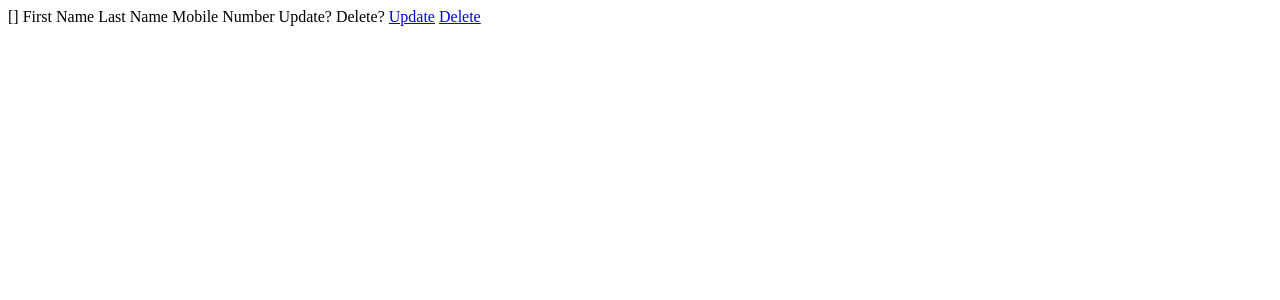
Repository: aamir5773/Spring
Page: http://localhost/SpringMvcEmployeeManagement-1WithJdbc/viewEmployee.do
The author's editor kept a copy of each file at every save. The page is drawn from the files as they stood at one save, then again after the next save.
The browser window is 1280 px wide. The pictures show the whole page.
The page is served by Tomcat 9. Other server files are loaded and not shown. Queries for data that is not in the repository find no rows.

Above is the page before, as saved 2019-11-14 10:19:21.

### SpringMvcEmployeeManagement-1WithJdbc/WebContent/WEB-INF/pages/ViewEmployee.jsp
<%@ page language="java" contentType="text/html; charset=ISO-8859-1"
    pageEncoding="ISO-8859-1"%>
<!DOCTYPE html PUBLIC "-//W3C//DTD HTML 4.01 Transitional//EN" "http://www.w3.org/TR/html4/loose.dtd">
<html>
<head>
<meta http-equiv="Content-Type" content="text/html; charset=ISO-8859-1">
<title>View Employee</title>
</head>
<body>
	<%= request.getAttribute("employeeList") %>
	<tr>
			<th>First Name</th>
			<th>Last Name</th>
			<th>Mobile Number</th>
			<th>Update?</th>
			<th>Delete?</th>
		</tr>
		<c:forEach var="emp" items="${ requestScope.employeeList }">
			<c:url var="deleteUrl" value="delete.do">
				<c:param name="username" value="${ emp.employeeId}"></c:param>
			</c:url>
			<c:url var="updateUrl" value="UpdateUser.jsp">
				<c:param name="username" value="${emp.employeeId}"></c:param>
				<c:param name="employeeName" value="${emp.employeeName}"></c:param>
				<c:param name="lastname" value="${emp.employeeSalary}"></c:param>
			</c:url>
			<tr>
				<td> <c:out value="${ emp.employeeId}"></c:out> </td>
				<td> <c:out value="${ emp.employeeName }"></c:out> </td>
				<td> <c:out value="${ emp.employeeSalary}"></c:out> </td>
				<td><a href='<c:out value="${ updateUrl }"></c:out>'>Update</a></td>
				<td><a href='<c:out value="${ deleteUrl }"></c:out>'>Delete</a></td>
			</tr>
		</c:forEach>
</body>
</html>

### SpringMvcEmployeeManagement-1WithJdbc/src/com/lti/dao/EmployeeRowMapper.java
package com.lti.dao;

import java.sql.ResultSet;
import java.sql.SQLException;

import org.springframework.jdbc.core.RowMapper;

import com.lti.model.Employee;

public class EmployeeRowMapper implements RowMapper<Employee> {

	public Employee mapRow(ResultSet rs, int arg1) throws SQLException {
		Employee employee = new Employee();
		employee.setEmployeeId(rs.getInt("EMP_ID"));
		employee.setEmployeeName(rs.getString("EMP_NAME"));
		employee.setEmployeeSalary(rs.getDouble("EMP_SAL"));
		return employee;
	}

}

After the next save:
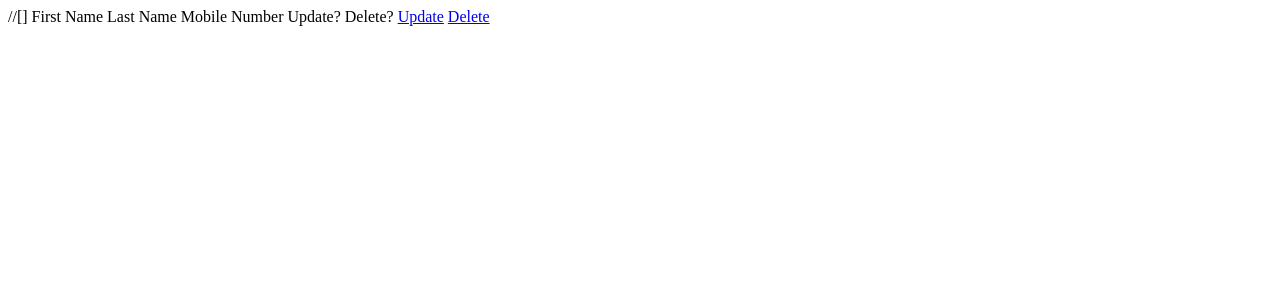
Saved 56 s later.
--- a/SpringMvcEmployeeManagement-1WithJdbc/WebContent/WEB-INF/pages/ViewEmployee.jsp
+++ b/SpringMvcEmployeeManagement-1WithJdbc/WebContent/WEB-INF/pages/ViewEmployee.jsp
@@ -7,7 +7,7 @@
 <title>View Employee</title>
 </head>
 <body>
-	<%= request.getAttribute("employeeList") %>
+	//<%= request.getAttribute("employeeList") %>
 	<tr>
 			<th>First Name</th>
 			<th>Last Name</th>
